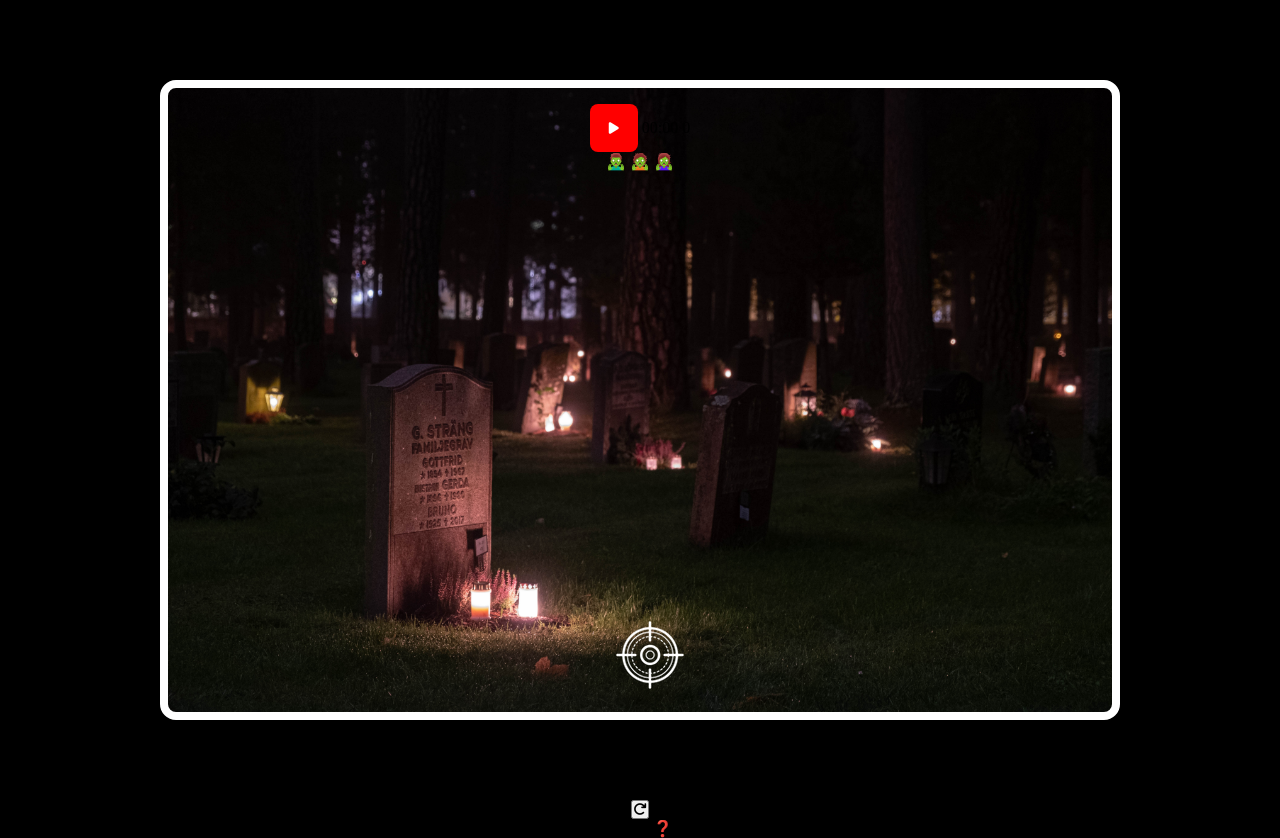
Repository: MrJinkyu/ZombieGame
Page: index.html
These files come from the project's save history. The page is drawn as it stood at one moment and after the next save; the edit follows.
The browser window is 1280 px wide. The pictures show the whole page.
Some web libraries are served in a nearby version.

Above is the page before, as saved 2023-04-08 21:59:06.

After the next save:
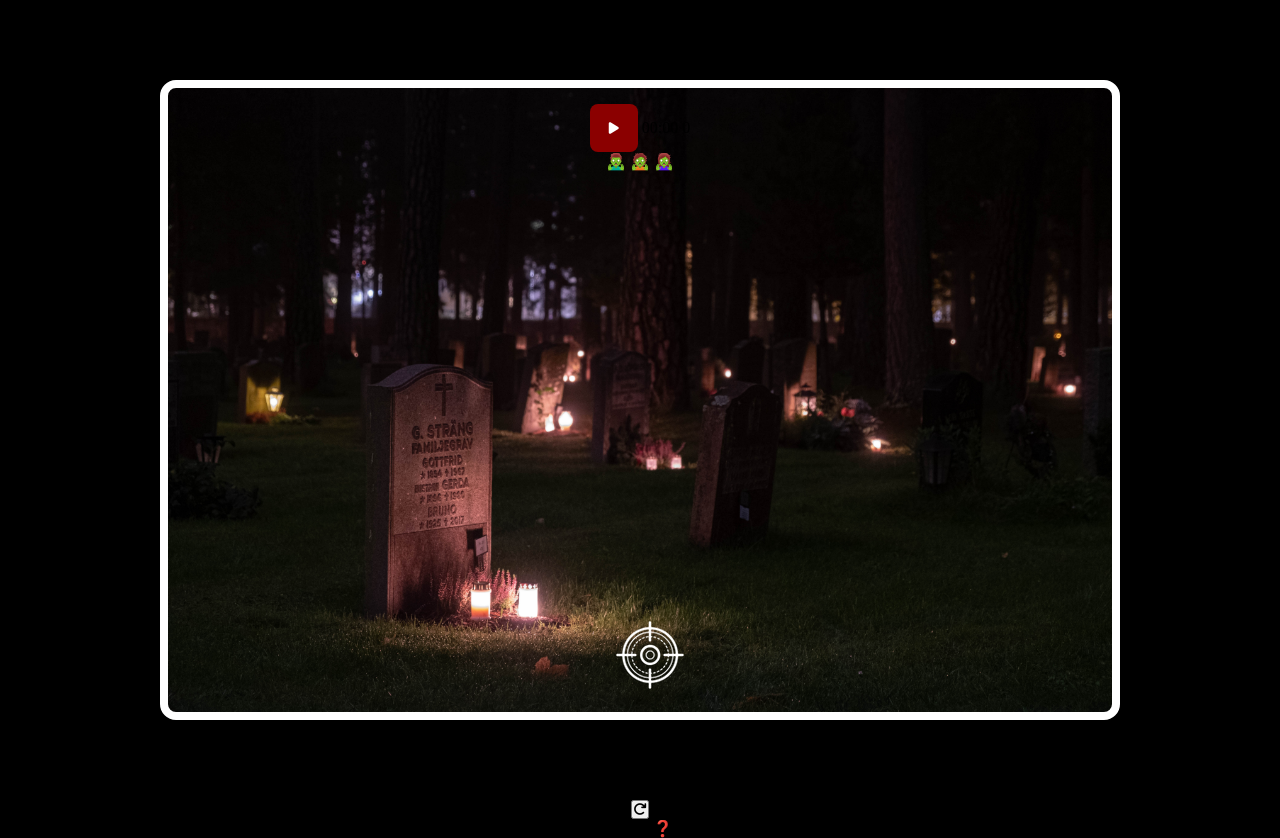
Saved 23 s later.
--- a/style.css
+++ b/style.css
@@ -28,7 +28,7 @@ body{
     margin-top: 1rem;
     width: 3rem;
     height: 3rem;
-    background-color: red;
+    background-color: darkred;
     color: white;
     border: none;
     border-radius: 0.5rem;
